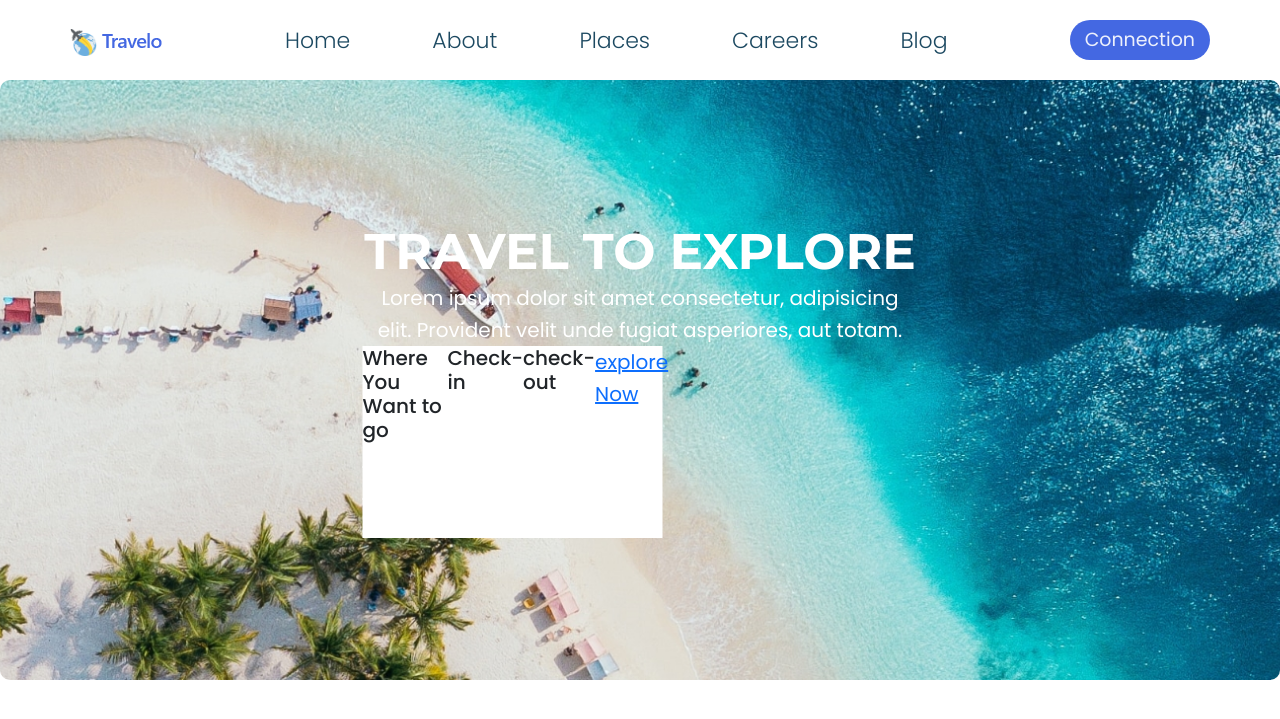
Repository: kuluong2000/travel
Page: index.html
These files come from the project's save history. The page is drawn as it stood at one moment and after the next save; the edit follows.
The browser window is 1280 px wide. The pictures show the whole page.
The style sheet was rebuilt from its Sass, Less or Tailwind sources for each picture, by a compiler version that may differ from the author's.

Above is the page before, as saved 2021-09-03 23:21:06.

After the next save:
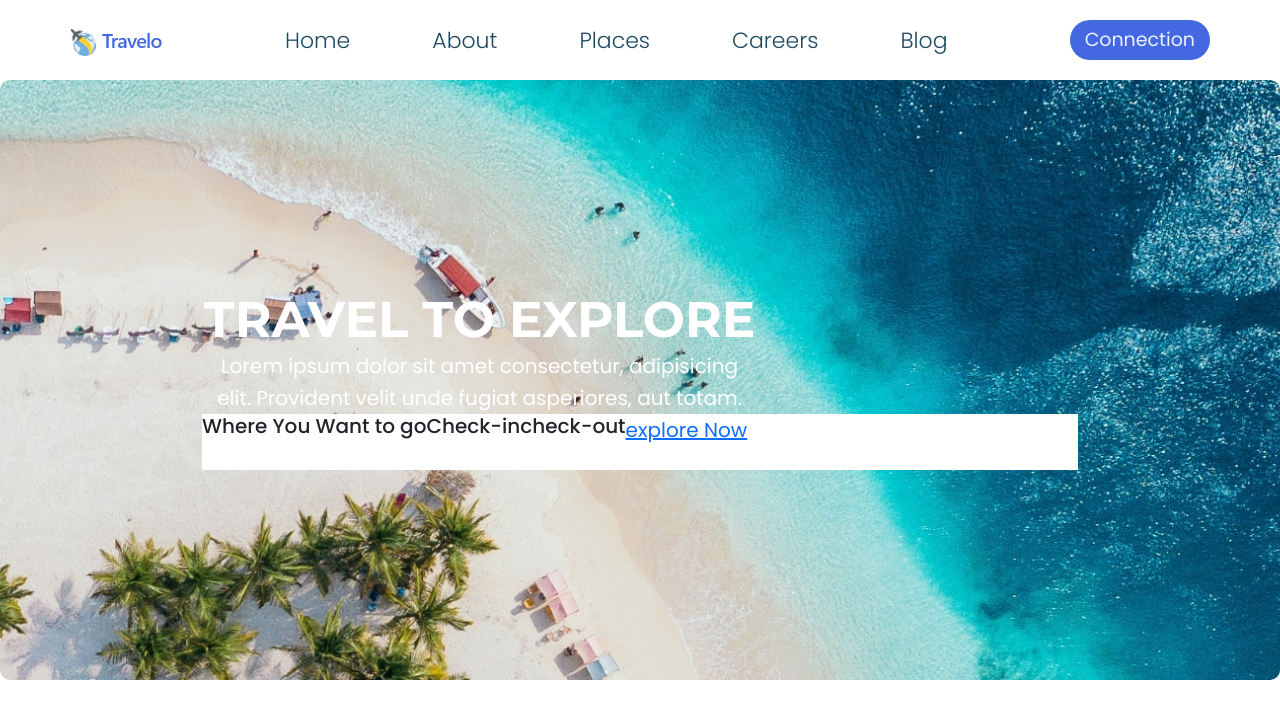
Saved 24 s later.
--- a/assets/sass/_banner.scss
+++ b/assets/sass/_banner.scss
@@ -29,7 +29,7 @@
   &__main__bottom{
     background-color: white;
     display: flex;
-    width: 300px;
+    width: 876px;
 
 }
   &__main_list{
